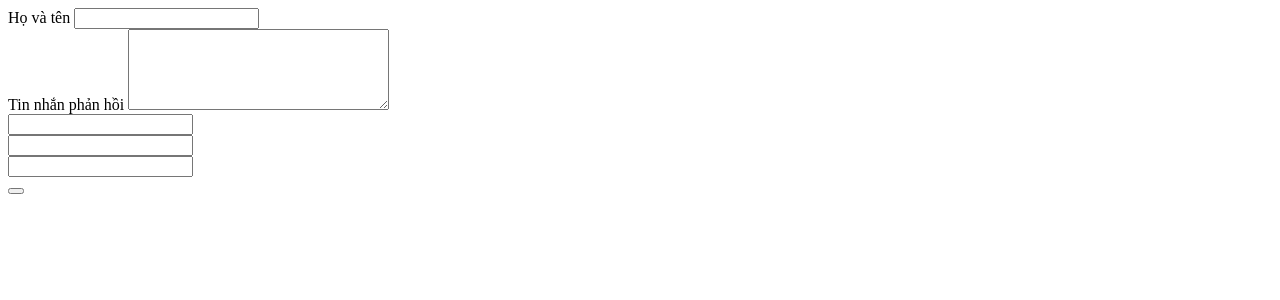
Repository: Ngoc28/HTML-CSS
Page: HTML/index.html
An editor plug-in stored every save of this project. The page is shown before and after the next save, followed by the edit.
The browser window is 1280 px wide. The pictures show the whole page.

Above is the page before, as saved 2023-08-05 10:20:43.

### HTML/index.html
<!DOCTYPE html>
<html lang="en">
<head>
    <meta charset="UTF-8">
    <meta name="viewport" content="width=device-width, initial-scale=1.0">
    <title>Document</title>
</head>
<body>
    <form action="">
        <!-- text -->
        <div>
            <label for="hoten">Họ và tên</label>
            <input type="text" name="hoten">
        </div>

        <div>
            <label for="tinnhan">Tin nhắn phản hồi</label>
            <textarea name="tinnhan" id="tinnhan" cols="30" rows="5"></textarea>
        </div>

        <div>
            <label for="tuoi"></label>
            <input type="number" name="tuoi" id="tuoi">
        </div>

        <div>
            <label for="email"></label>
            <input type="email" name="email" id="email">
        </div>

        <div>
            <label for="password"></label>
            <input type="password" name="password" id="password">
        </div>

        <div>
            <button></button>
        </div>
    </form>
</body>
</html>

After the next save:
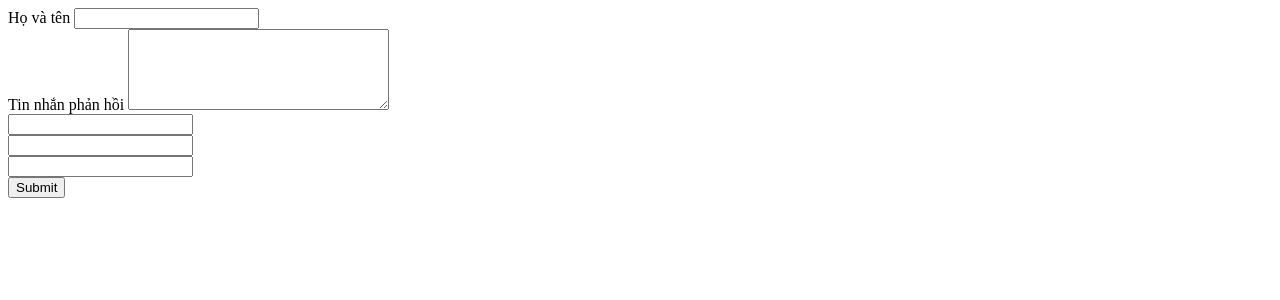
Saved 19 s later.
--- a/HTML/index.html
+++ b/HTML/index.html
@@ -34,7 +34,7 @@
         </div>
 
         <div>
-            <button></button>
+            <input type="submit">
         </div>
     </form>
 </body>
